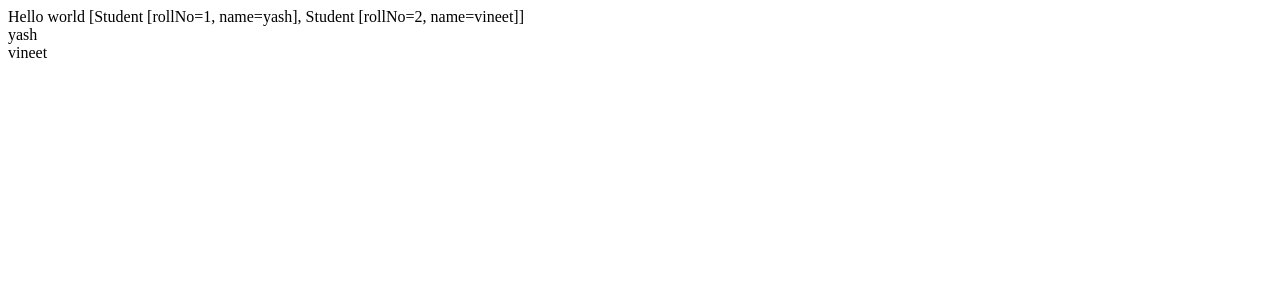
Repository: tailoryash/jsp-servlet
Page: http://localhost/DemoApp/jstldemo
These files come from the project's save history. The page is drawn as it stood at one moment and after the next save; the edit follows.
The browser window is 1280 px wide. The pictures show the whole page.
The page is served by Tomcat 9. Queries for data that is not in the repository find no rows.

Above is the page before, as saved 2023-09-22 11:59:11.

After the next save:
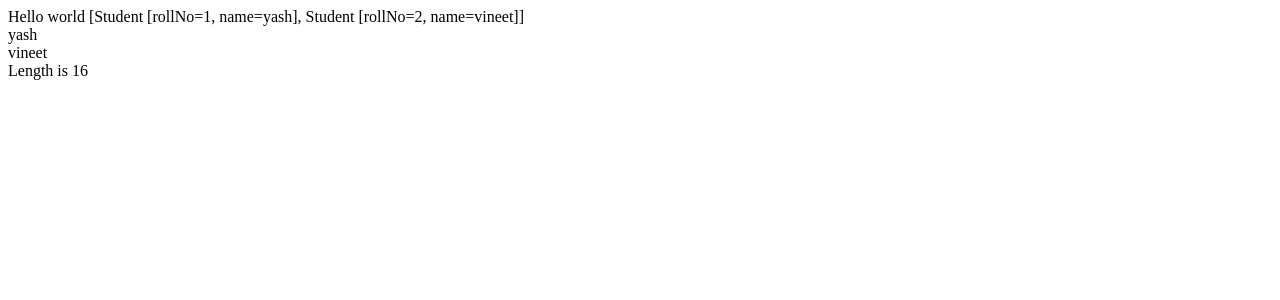
Saved 2 min 47 s later.
--- a/DemoApp/WebContent/JSTLExample.jsp
+++ b/DemoApp/WebContent/JSTLExample.jsp
@@ -32,7 +32,12 @@ ${sDetails} <br/>
 					<c:out value="Email is : ${row.email}"></c:out> </br>
 				</c:forEach>
 
+	<c:set var="str" value = "yash tailor here" />
+	Length is ${fn:length(str)}
+	<%-- <c:forEach>
 
+
+	</c:forEach>	 --%>
 
 </body>
 </html>
